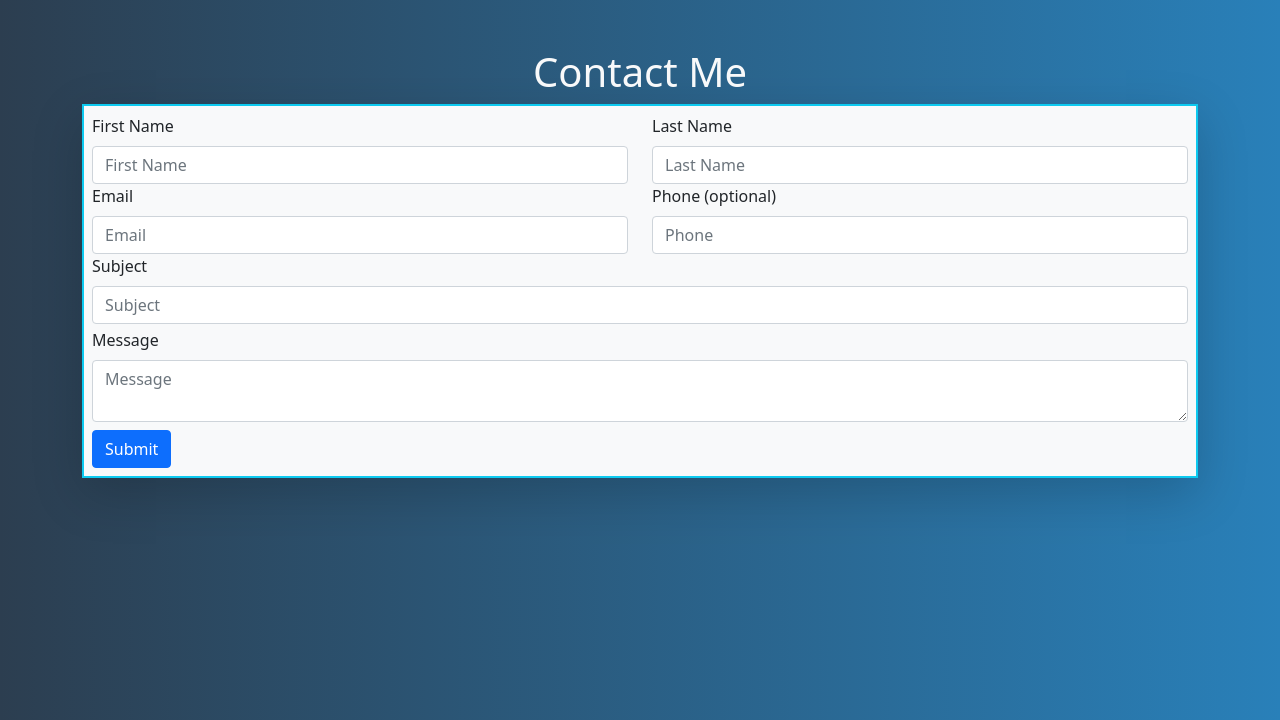
Repository: norman0286/formContactMe
Page: contactForm.html
The author's editor kept a copy of each file at every save. The page is drawn from the files as they stood at one save, then again after the next save.
The browser window is 1280 px wide. The pictures show the whole page.

Above is the page before, as saved 2023-04-20 09:44:17.

After the next save:
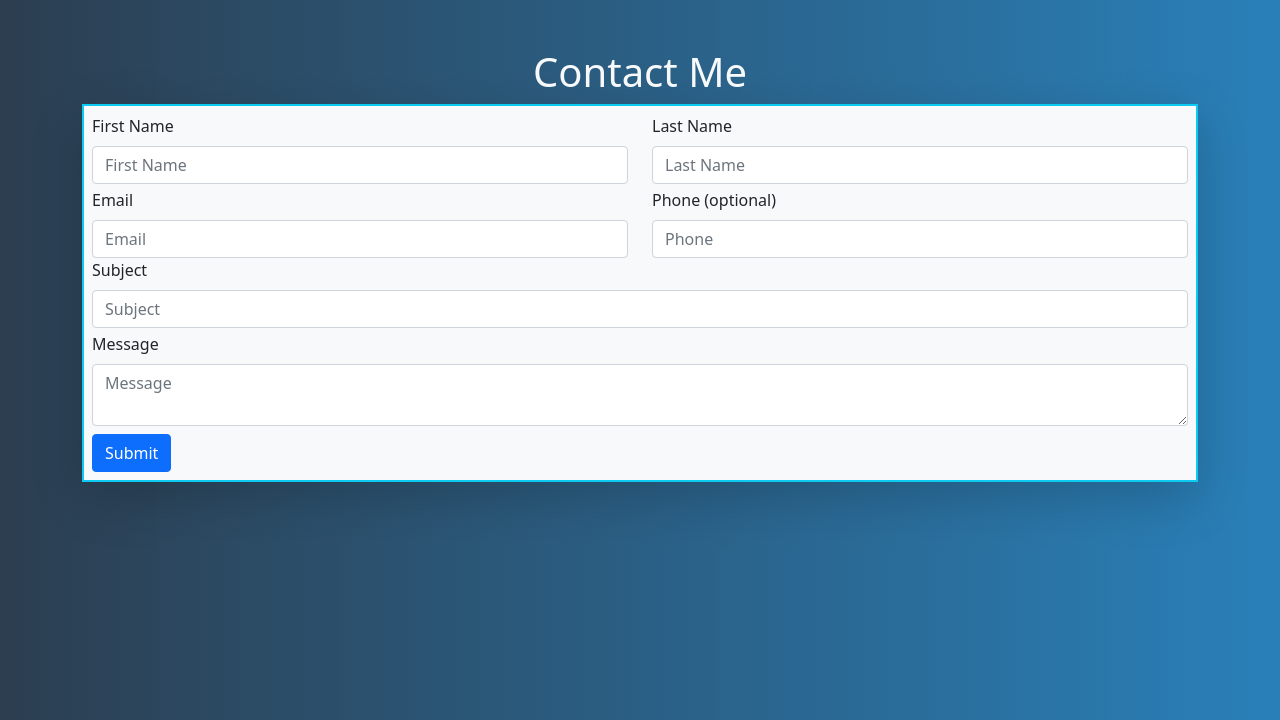
Saved 87 s later.
--- a/contactForm.html
+++ b/contactForm.html
@@ -24,7 +24,7 @@
       <h1 class="text-light text-center">Contact Me</h1>
       <div class="border border-2 border-info shadow-lg p-2 bg-light">
         <form action="#">
-          <div class="row">
+          <div class="row mb-1">
             <div class="col">
               <label class="form-label">First Name</label>
               <input
